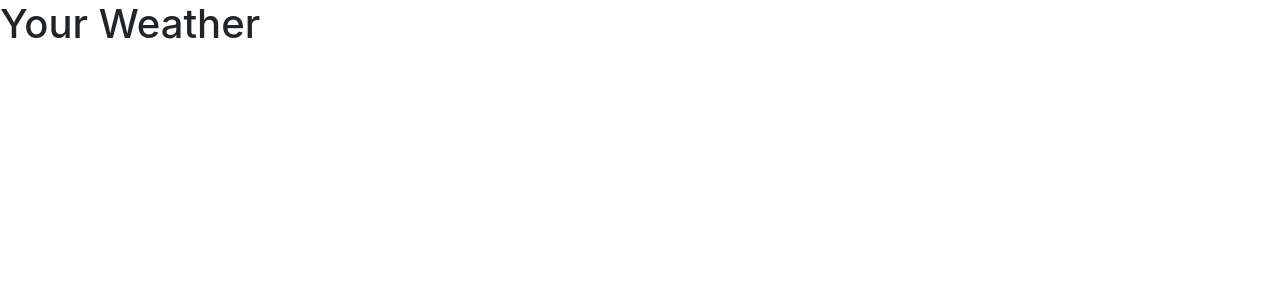
Repository: Mf948/YourWeather
Page: index.html
These files come from the project's save history. The page is drawn as it stood at one moment and after a run of saves; the edit follows.
The browser window is 1280 px wide. The pictures show the whole page.

Above is the page before, as saved 2020-12-14 19:12:55.

After the next 2 saves:
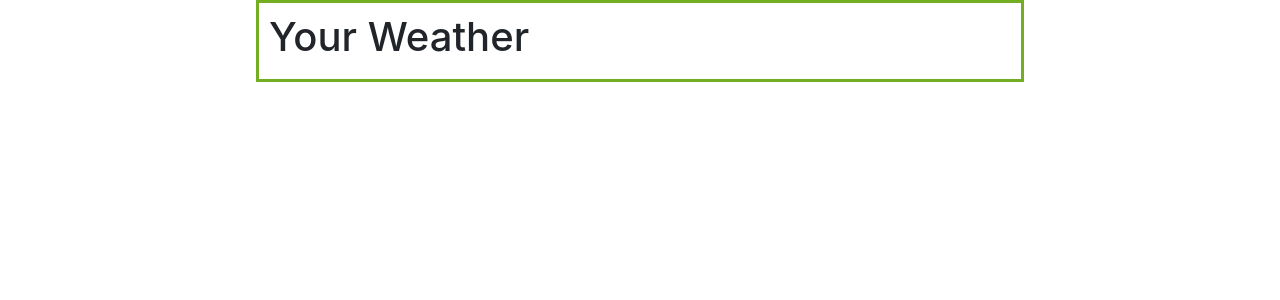
The 2 saves are shown as one change because they came seconds apart.
The last was saved 56 s later.
--- a/Style.css
+++ b/Style.css
@@ -1,3 +1,6 @@
 .navtitle {
-    align-content: center;
+    margin: auto;
+    width: 60%;
+    border: 3px solid #73AD21;
+    padding: 10px;
 }
